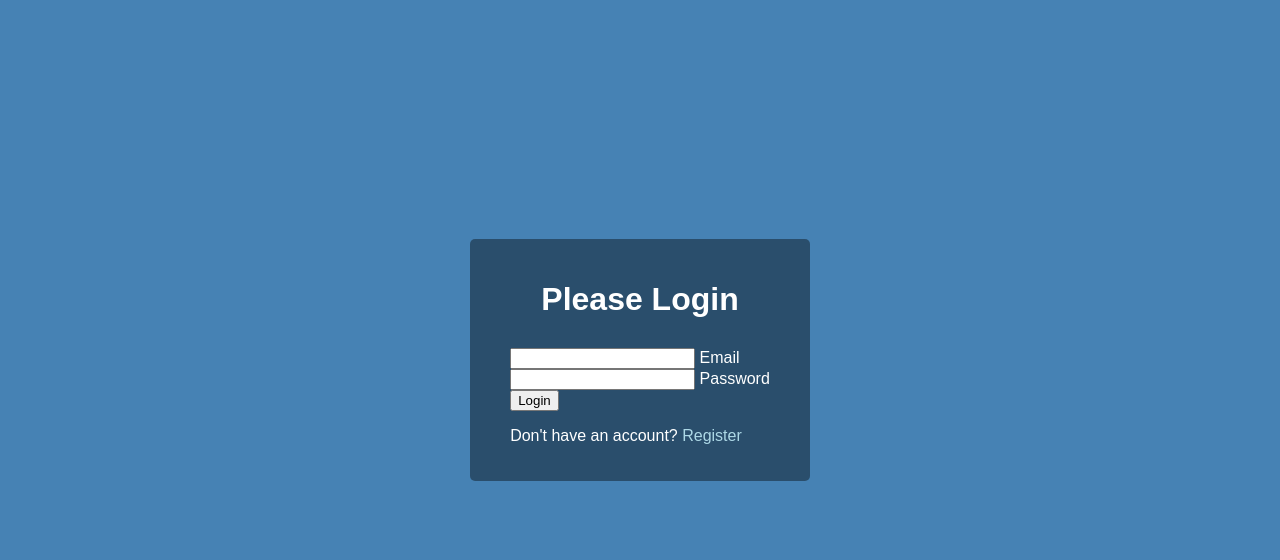
Repository: thecoachanna/form-animation
Page: index.html
An editor plug-in stored every save of this project. The page is shown before and after the next save, followed by the edit.
The browser window is 1280 px wide. The pictures show the whole page.
Some web fonts or font styles are not loaded; a fallback is used.

Above is the page before, as saved 2023-02-26 09:55:38.

After the next save:
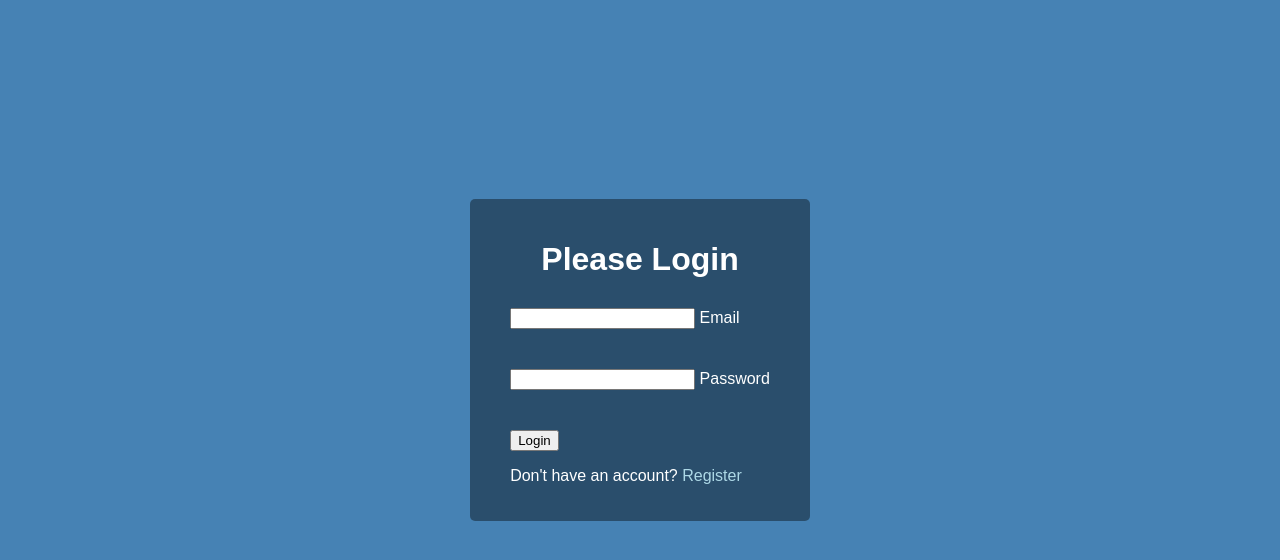
Saved 8 s later.
--- a/style.css
+++ b/style.css
@@ -36,5 +36,5 @@ body {
 
 .form-control {
     position: relative;
-
+    margin: 20px 0 40px;
 }
